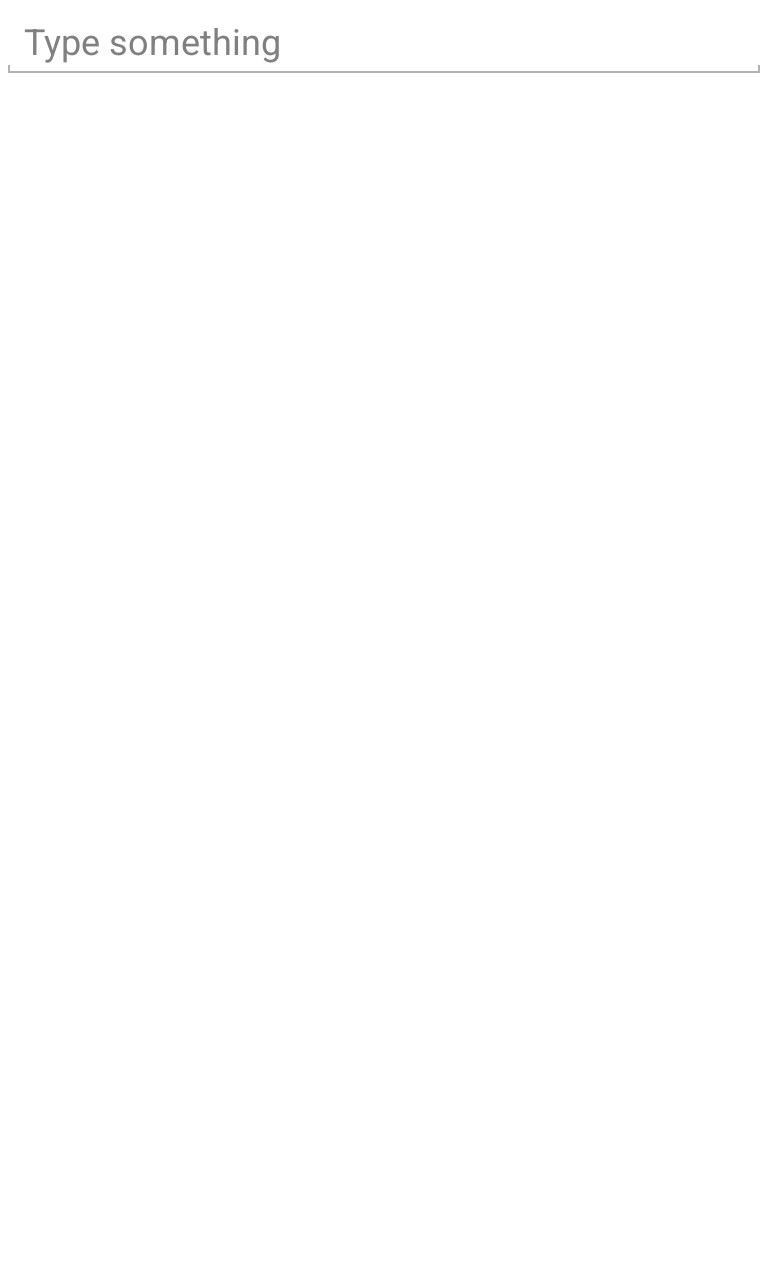
Repository: Wang-Xuan/Hello-World
Layout: UILayoutTest/res/layout/activity_main.xml
The author's editor kept a copy of each file at every save. The layout is drawn from the files as they stood at one save, then again after the next save.
It is drawn on a 768 x 1280 px phone screen (xhdpi) without system bars, with theme AppTheme; the app's code is not run.

Above is the layout before, as saved 2014-12-07 05:48:43.

### UILayoutTest/res/layout/activity_main.xml
<LinearLayout xmlns:android="http://schemas.android.com/apk/res/android"
    xmlns:tools="http://schemas.android.com/tools"
    android:layout_width="match_parent"
    android:layout_height="match_parent"
	android:orientation="horizontal" >

    <EditText
        android:id="@+id/input_message"
        android:layout_width="0dp"
        android:layout_height="wrap_content"
        android:layout_weight="1"
        android:hint="Type something" />

	<Button
	    android:id="@+id/send"
	    android:layout_width="0dp"
	    android:layout_height="wrap_content"
	    android:layout_gravity="top"
	    android:text="Button 1" />

</LinearLayout>

Loaded but not shown: UILayoutTest/res/values/styles.xml (common file); UILayoutTest/res/values-v11/styles.xml (common file); UILayoutTest/res/values-v14/styles.xml (common file)

After the next save:
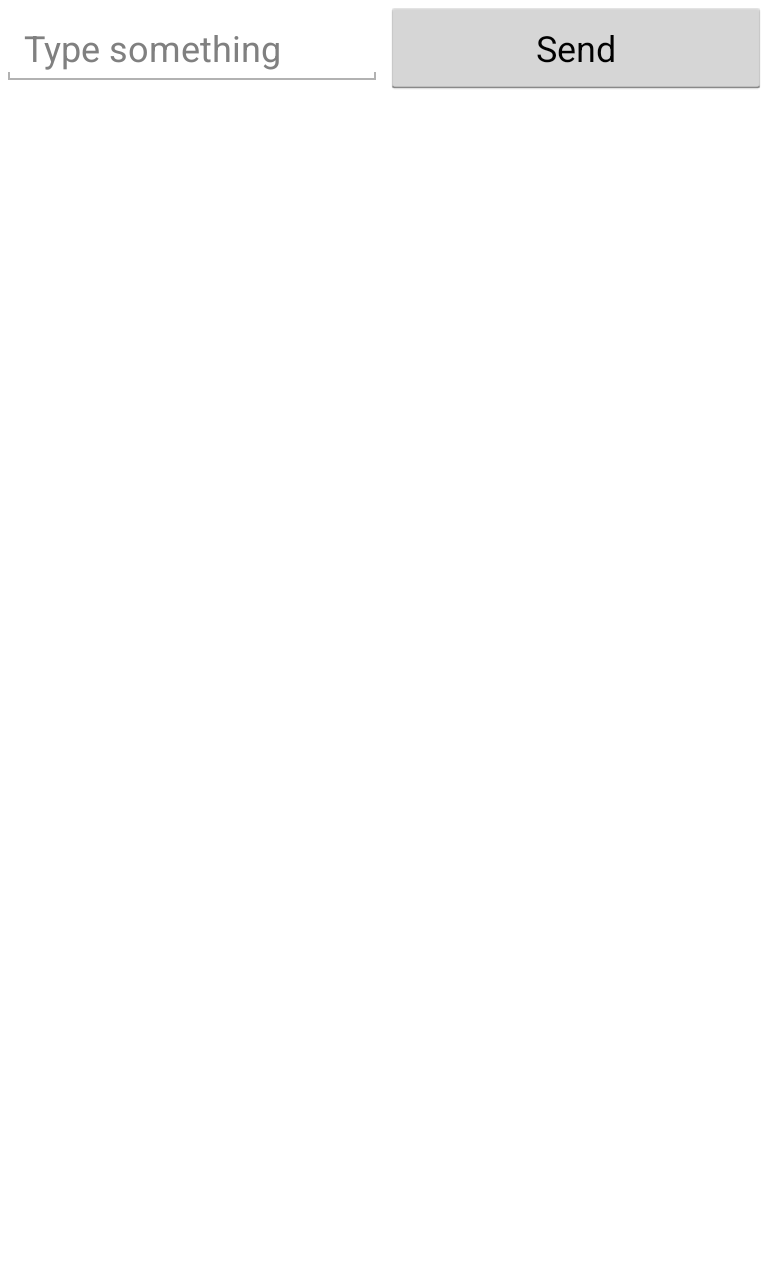
Saved 56 s later.
--- a/UILayoutTest/res/layout/activity_main.xml
+++ b/UILayoutTest/res/layout/activity_main.xml
@@ -15,7 +15,7 @@
 	    android:id="@+id/send"
 	    android:layout_width="0dp"
 	    android:layout_height="wrap_content"
-	    android:layout_gravity="top"
-	    android:text="Button 1" />
+	    android:layout_weight="1"
+	    android:text="Send" />
 
 </LinearLayout>
